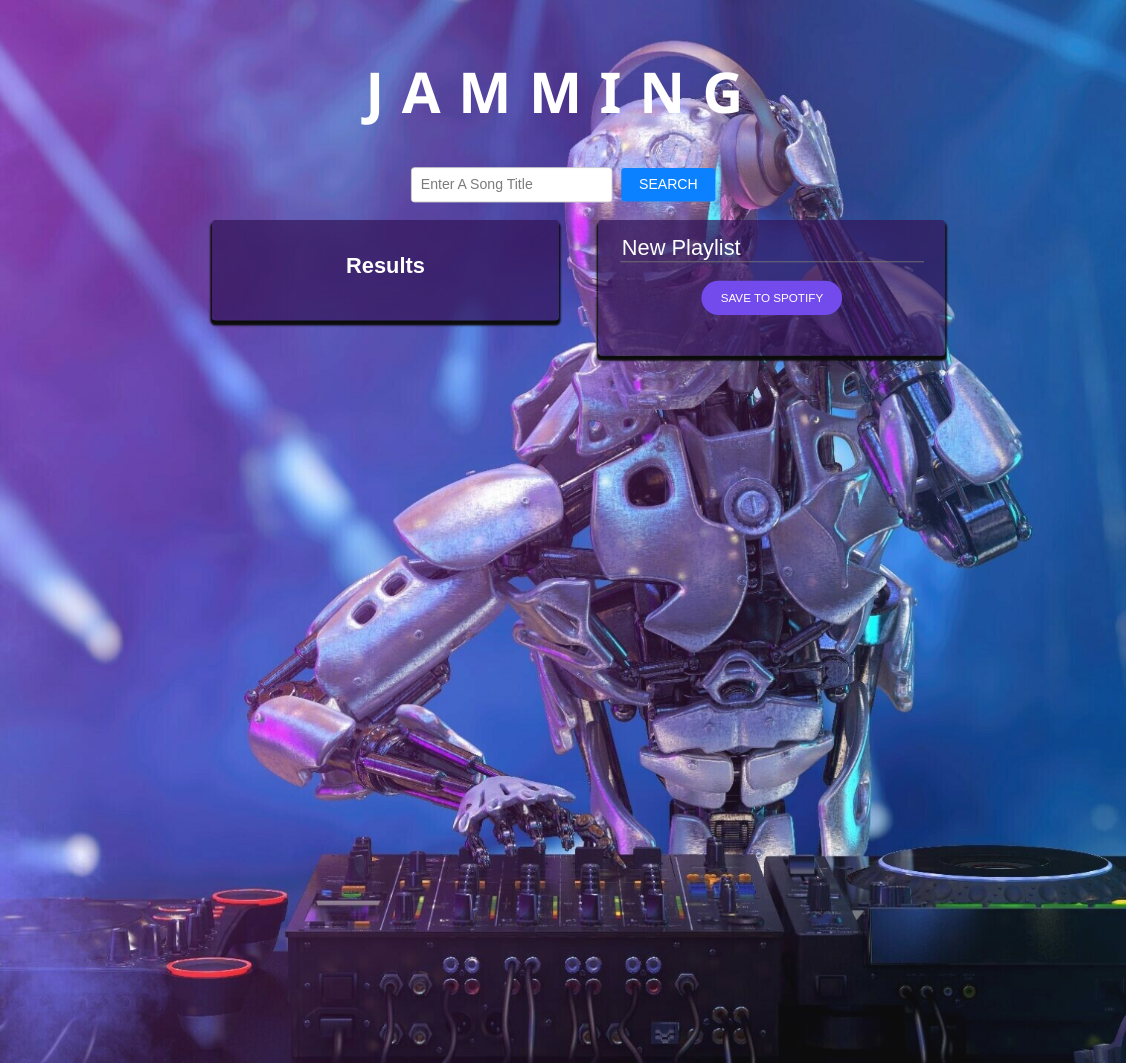
Repository: LolaSL/jamming
Page: /
An editor plug-in stored every save of this project. The page is shown before and after the next save, followed by the edit.
The browser window is 1280 px wide. The pictures show the whole page, at 88% of full size.
The project was rebuilt for these pictures with package versions that can differ from the ones it lists, and the page was loaded fresh each time. Also part of the build but not shown: src/components/Track/Track.css, src/components/Track/Track.jsx.

Above is the page before, as saved 2023-06-23 18:09:17.

### src/App/App.js
import React, { useState, useCallback } from "react";
import "./App.css";

import Playlist from "../components/PlayList/PlayList.jsx";
import SearchBar from "../components/SearchBar/SearchBar";
import SearchResults from "../components/SearchResults/SearchResults";
import Spotify from "../utils/Spotify";

const App = () => {
  const [searchResults, setSearchResults] = useState([]);
  const [playlistName, setPlaylistName] = useState("New Playlist");
  const [playlistTracks, setPlaylistTracks] = useState([]);

  const search = useCallback(async (term) => {
    const results = await Spotify.search(term);
    setSearchResults(results);
  }, []);

  const addTrack = useCallback((track) => {
    if (playlistTracks.some((savedTrack) => savedTrack.id === track.id)) {
      return;
    }
    setPlaylistTracks((prevTracks) => [...prevTracks, track]);
  }, [playlistTracks]);

  const removeTrack = useCallback((track) => {
    setPlaylistTracks((prevTracks) =>
      prevTracks.filter((currentTrack) => currentTrack.id !== track.id)
    );
  }, []);

  const updatePlaylistName = useCallback((name) => {
    setPlaylistName(name);
  }, []);

  const savePlaylist = useCallback(async () => {
    const trackUris = playlistTracks.map((track) => track.uri);
    await Spotify.savePlaylist(playlistName, trackUris);
    setPlaylistName("New Playlist");
    setPlaylistTracks([]);
  }, [playlistName, playlistTracks]);

  return (
    <div className="App-container" data-testid="app-test">
      <h1>
        Jamming
      </h1>
      <SearchBar onSearch={search} />
      <div className="App-playlist">
          <SearchResults searchResults={searchResults} onAdd={addTrack} />
          <Playlist
            playlistName={playlistName}
            playlistTracks={playlistTracks}
            onNameChange={updatePlaylistName}
            onRemove={removeTrack}
            onSave={savePlaylist}
        />
      </div>
      </div>
  );
};

export default App;
;

### src/App/App.css
body,
html,
#root {
  height: 100%;

}

/* CSS for App-container */
.App-container {
  display: flex;
  flex-direction: column;
  align-items: center;
  padding: 20px;
  background-color: #f0f0f0;
  background-image: url('./background.jpg');
  height: 150%;
  padding: 0 17% 10% 17%;
  opacity: 0.95;
  background-size: cover;
  overflow: hidden;
  background-position: center;
  background-repeat: no-repeat;
  font-family: 'Work Sans', sans-serif;
  font-weight: 500;
  color: #56649f;
  text-align: center;
}

/* CSS for h1 */
h1 {
  font-family:'Segoe UI', Tahoma, Geneva, Verdana, sans-serif;
  text-transform: uppercase;
  letter-spacing: 20px;
  color: #ffffff;
  font-size: 4rem;
  margin-top: 60px;
}

/* CSS for SearchBar */
.SearchBar {
  display: flex;
  justify-content: center;
  align-items: center;
  margin-bottom: 20px;
}

/* CSS for App-playlist */
.App-playlist {
  display: grid;
  grid-template-columns: 1fr 1fr;
  grid-gap:80px;
  align-items: justify;
  /* width:500px; */
  margin: 0 auto;
}

/* CSS for SearchResults and Playlist components */
.SearchResults,
.Playlist {
  background-color: #fff;
  padding: 20px;
  border-radius: 4px;
  box-shadow: 0 2px 4px rgba(0, 0, 0, 0.1);
}

### src/components/PlayList/PlayList.jsx
import React, { useCallback } from "react";
import PropTypes from "prop-types";
import "./PlayList.css";
import TrackList from "../TrackList/TrackList";

const Playlist = ({
  onNameChange,
  playlistTracks,
  onRemove,
  onSave
}) => {
  const handleNameChange = useCallback((event) => {
    onNameChange(event.target.value);
  }, [onNameChange]);

  return (
    <div className="Playlist">
      <input onChange={handleNameChange} defaultValue={"New Playlist"} />
      <TrackList
        tracks={playlistTracks}
        isRemoval={true}
        onRemove={onRemove}
      />
      <button className="Playlist-save" onClick={onSave}>
        SAVE TO SPOTIFY
      </button>
    </div>
  );
};

Playlist.propTypes = {
  onNameChange: PropTypes.func,
  playlistTracks: PropTypes.array,
  onRemove: PropTypes.func,
  onSave: PropTypes.func
};

export default Playlist;

### src/components/SearchBar/SearchBar.jsx
import React, { useState, useCallback } from "react";
import "./SearchBar.css";

const SearchBar = ({ onSearch }) => {
  const [term, setTerm] = useState("");

  const handleTermChange = useCallback((event) => {
    setTerm(event.target.value);
  }, []);

  const search = useCallback(() => {
    onSearch(term);
  }, [onSearch, term]);

  return (
    <form className="SearchBar">
      <input placeholder="Enter A Song Title" onChange={handleTermChange} />
      <button className="SearchButton" onClick={search}>
        SEARCH
      </button>
    </form>
  );
};

export default SearchBar;

### src/components/SearchResults/SearchResults.jsx
import React from "react";
import "./SearchResults.css";
import TrackList from "../TrackList/TrackList";

const SearchResults = ({ searchResults, onAdd }) => {
  return (
    <div className="SearchResults">
      <h2>Results</h2>
      <TrackList tracks={searchResults} onAdd={onAdd} />
    </div>
  );
};

export default SearchResults;

### src/utils/Spotify.js
const clientId = 'a18dfb23f21c4bf69aa0c5c6ac72acdc'; // Insert client ID here.
const redirectUri = 'http://localhost:3000/'; // Have to add this to your accepted Spotify redirect URIs on the Spotify API.

let accessToken;

const Spotify = {
  getAccessToken() {
    if (accessToken) {
      return accessToken;
    }

    const accessTokenMatch = window.location.href.match(/access_token=([^&]*)/);
    const expiresInMatch = window.location.href.match(/expires_in=([^&]*)/);
    if (accessTokenMatch && expiresInMatch) {
      accessToken = accessTokenMatch[1];
      const expiresIn = Number(expiresInMatch[1]);
      window.setTimeout(() => accessToken = '', expiresIn * 1000);
      window.history.pushState('Access Token', null, '/'); // This clears the parameters, allowing us to grab a new access token when it expires.
      return accessToken;
    } else {
      const accessUrl = `https://accounts.spotify.com/authorize?client_id=${clientId}&response_type=token&scope=playlist-modify-public&redirect_uri=${redirectUri}`;
      window.location = accessUrl;
    }
  },

  async search(term) {
    const accessToken = Spotify.getAccessToken();
    const response = await fetch(`https://api.spotify.com/v1/search?type=track&q=${term}`, {
      headers: {
        Authorization: `Bearer ${accessToken}`
      }
    });
    const jsonResponse = await response.json();
    if (!jsonResponse.tracks) {
      return [];
    }
    return jsonResponse.tracks.items.map(track => ({
      id: track.id,
      name: track.name,
      artist: track.artists[0].name,
      album: track.album.name,
      popularity: track.popularity,
      uri: track.uri
    }));
  },

  savePlaylist(name, trackUris) {
    if (!name || !trackUris.length) {
      return;
    }

    const accessToken = Spotify.getAccessToken();
    const headers = { Authorization: `Bearer ${accessToken}` };
    let userId;

    return fetch('https://api.spotify.com/v1/me', { headers: headers }
    ).then(response => response.json()
    ).then(jsonResponse => {
      userId = jsonResponse.id;
      return fetch(`https://api.spotify.com/v1/users/${userId}/playlists`, {
        headers: headers,
        method: 'POST',
        body: JSON.stringify({ name: name })
      }).then(response => response.json()
      ).then(jsonResponse => {
        const playlistId = jsonResponse.id;
        return fetch(`https://api.spotify.com/v1/users/${userId}/playlists/${playlistId}/tracks`, {
          headers: headers,
          method: 'POST',
          body: JSON.stringify({ uris: trackUris })
        });
      });
    });
  }
};

export default Spotify;

### src/components/PlayList/PlayList.css
.Playlist {
    display: flex;
    flex-direction: column;
    align-items: center;
    justify-items: center;
    overflow-y: scroll;
    width: 100%;
    max-height: 900px;
    padding: 1.1rem;
    background-color: rgba(40, 9, 80, 0.7);
    box-shadow: 0 4px 2px 2px #000000;

  }

  .Playlist input {
    width: 95%;
    border: 0;
    outline: 0;
    background: transparent;
    border-bottom: 1px solid #6f6f6f;
    font-family: 'Poppins', sans-serif;
    font-size: 1.55rem;
    color: #fff;
  }

  .Playlist-save {
    cursor: pointer;
    width: 10rem;
    padding: .77rem 0;
    border-radius: 54px;
    border-width: 0px;
    margin-top: 1.27rem;
    background-color: #6c41ec;
    text-align: center;
    font-size: .83rem;
    transition: background-color .25s;
    color: #fff;
    font-weight: 500;
  }

  .Playlist-save:hover {
    background-color: rgba(108, 65, 233, .7);
  }

  ::-webkit-scrollbar {
      width: 0px;
      background: transparent;
  }

  @media screen and (min-width: 400px) {
    .Playlist {
      width: 70%;
      height: auto;
      align-items: center;
    }
  }

  @media screen and (min-width: 800px) {
    .Playlist {
      width:75%;
      height: auto;
    }
  }
  @media only screen and (max-width: 1220px) {
    .Playlist {
      width: 90%;
      height: auto;
      align-items: center;
    }
  }
  @media only screen and (max-width: 1620px) {
    .Playlist {
      width: 100%;
      height: auto;
      align-items: center;
    }
  }

### src/components/TrackList/TrackList.jsx
import React from "react";
import PropTypes from "prop-types";
import "./TrackList.css";
import Track from "../Track/Track";

const TrackList = ({ tracks, onAdd, isRemoval, onRemove }) => {
  return (
    <div className="TrackList">
      {tracks.map((track, index) => (
        <Track
          key={index}
          track={track}
          onAdd={onAdd}
          isRemoval={isRemoval}
          onRemove={onRemove}
        />
      ))}
    </div>
  );
};

TrackList.propTypes = {
  tracks: PropTypes.array,
  onAdd: PropTypes.func,
  onRemove: PropTypes.func,
  isRemoval: PropTypes.bool,
};

export default TrackList;

### src/components/SearchBar/SearchBar.css
/* CSS for SearchBar form */
.SearchBar {
  display: flex;
  align-items: center;
}

/* CSS for input */
.SearchBar input {
  flex-grow: 1;
  padding: 10px;
  border: 1px solid #ccc;
  border-radius: 4px;
  font-size: 16px;
  margin-right: 10px;
}

/* CSS for button */
.SearchBar button {
  padding: 10px 20px;
  background-color: #007bff;
  color: #fff;
  border: none;
  border-radius: 4px;
  font-size: 16px;
  cursor: pointer;
}

/* CSS for button hover effect */
.SearchBar button:hover {
  background-color: rgba(108, 65, 233, 0.7);
}



/* .SearchBar {
  display: flex;
  flex-direction: column;
  align-items: center;
  padding-top: 4rem;
  margin-bottom: 4rem;
}

.SearchBar input {
  width: 450px;
  height: 25px;
  padding:1rem 0;
  border: 2px solid #fff;
  border-radius: 15px;
  margin-bottom: 1rem;
  color: black;
  font-weight: 600;
  text-align: center;
  font-size: 1.5rem;
  opacity: 0.45;
  z-index: 1;
}

.SearchBar input:focus {
  outline: none;
}

.SearchButton {
  cursor: pointer;
  width: 8.11rem;
  padding: 0.77rem 0;
  border-radius: 54px;
  background-color: rgba(40, 9, 80, 0.7);
  text-align: center;
  font-size: 1rem;
  transition: background-color 0.25s;
  border: 0px;
  color: #fff;
  font-weight: 500;
}

.SearchButton:hover {
  background-color: rgba(108, 65, 233, 0.7);
} */

### src/components/SearchResults/SearchResults.css
.SearchResults {
  display: flex;
  flex-direction: column;
  align-items: left;
  overflow-y: scroll;
  width: 38%;
  max-height: 900px;
  padding: 1.1rem;
  background-color: rgba(40, 9, 80, 0.7);
  box-shadow: 0 4px 2px 2px #000000;
  gap: 10px;

  }
  h2{
    font-family: 'Poppins', sans-serif;
    color: #ffffff;
    text-align: left;
    font-size: 1.55rem;
  }
  ::-webkit-scrollbar {
      width: 0px;
      background: transparent;
  }

  /* @media only screen and (max-width: 1020px) {
    .SearchResults {
      width: 90%;
      margin-bottom:2.5rem;
    }
  } */

  @media screen and (min-width: 400px) {
    .SearchResults {
      width: 70%;
      margin-bottom:1.5rem;
      align-items: center;
    }
  }

  @media screen and (min-width: 800px) {
    .SearchResults {
      width:75%;
      margin-bottom:2rem;
      align-items: center;
    }
  }
  @media only screen and (max-width: 1220px) {
    .SearchResults {
      width: 90%;
      margin-bottom:2.5rem;
      align-items: center;
    }
  }
  @media only screen and (max-width: 1620px) {
    .SearchResults {
      width: 100%;
      margin-bottom:2.5rem;
      align-items: center;
    }
  }

### src/components/TrackList/TrackList.css
.TrackList {
    width: 100%;
    overflow-y: scroll;
  }

  @media screen and (max-width: 400px) {
    .TrackList {
      width: 70%;
      height: auto;
      align-items: center;
    }
  }

  @media screen and (max-width: 800px) {
    .TrackList {
      width:75%;
      height: auto;
      align-items: center;
    }
  }
  @media only screen and (max-width: 1220px) {
    .TrackList {
      width: 90%;
      height: auto;
      align-items: center;
    }
  }
  @media only screen and (max-width: 1620px) {
    .TrackList {
      width: 100%;
      height: auto;
      align-items: center;
    }
  }

Loaded but not shown: public/index.html (common file); src/index.js (common file); src/index.css (common file); src/reportWebVitals.js (common file)

After the next save:
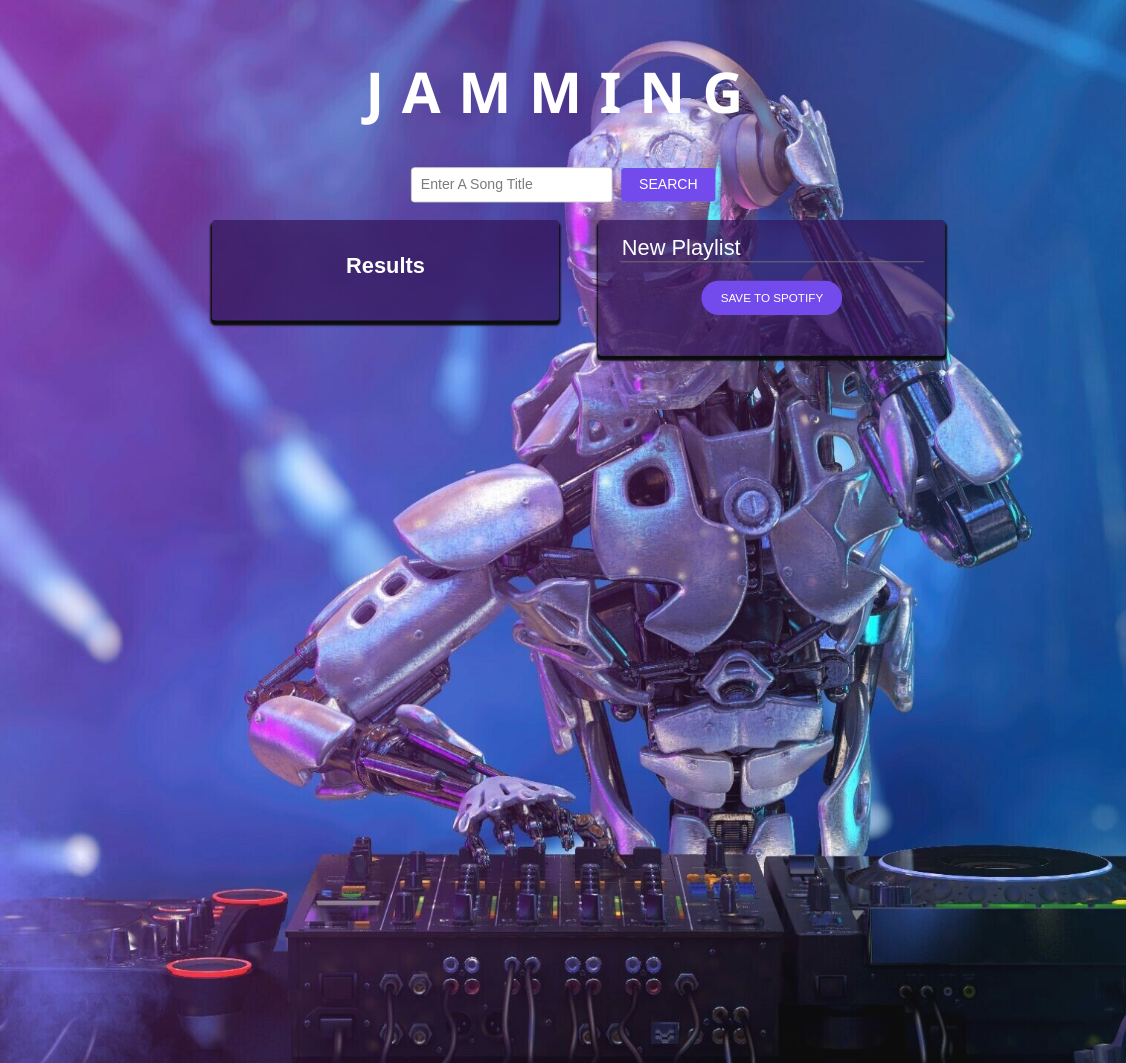
Saved 55 s later.
--- a/src/components/SearchBar/SearchBar.css
+++ b/src/components/SearchBar/SearchBar.css
@@ -17,7 +17,7 @@
 /* CSS for button */
 .SearchBar button {
   padding: 10px 20px;
-  background-color: #007bff;
+  background-color: #6c41ec;
   color: #fff;
   border: none;
   border-radius: 4px;
